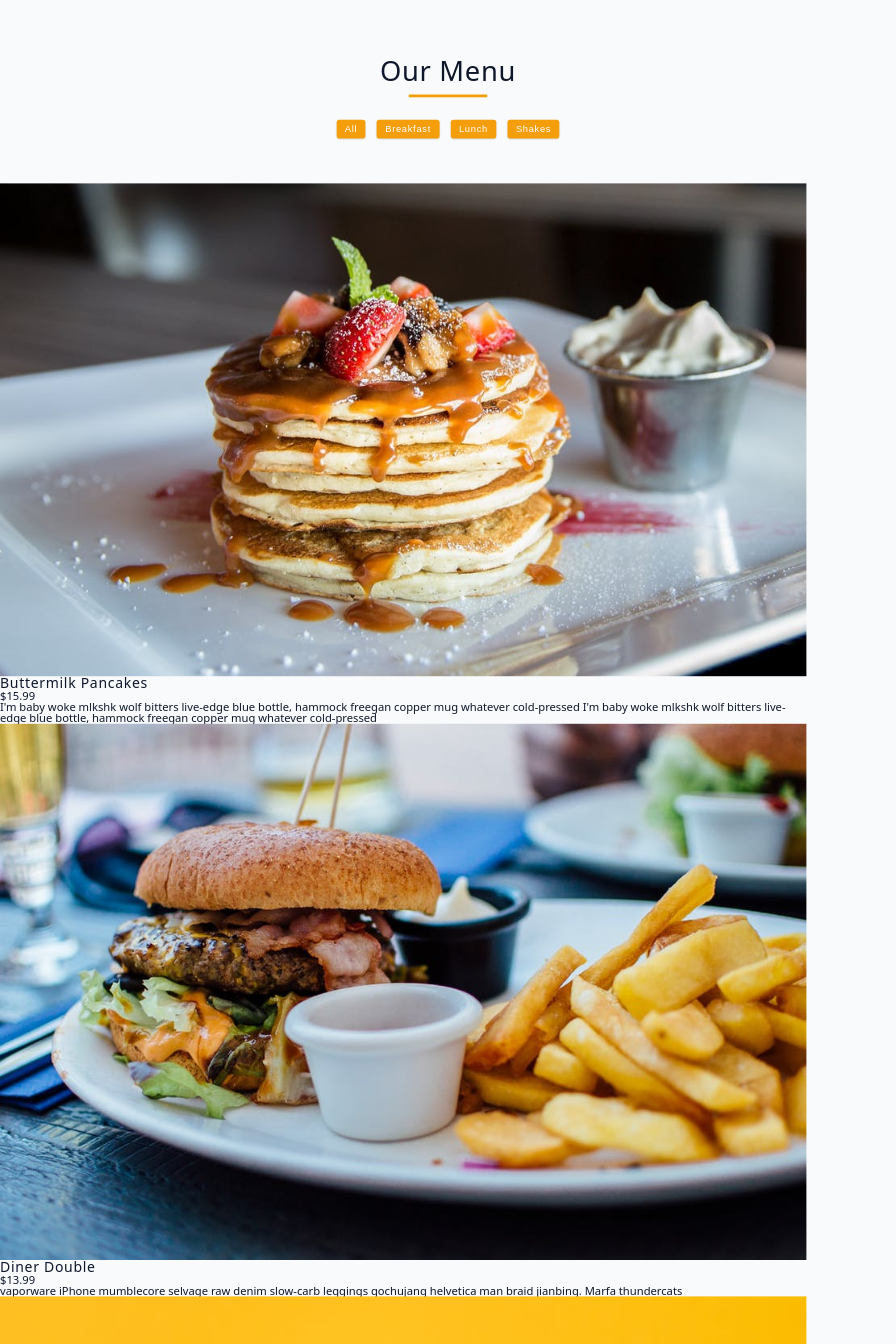
Repository: dydals3440/React-Projects
Page: / (app in 04-fundamental-projects/05-menu/starter/)
These files come from the project's save history. The page is drawn as it stood at one moment and after the next save; the edit follows.
The browser window is 1280 px wide. The pictures show the part of the page from y = 0 to 1920 px (the page is 8346 px tall), at 70% of full size.
The project was rebuilt for these pictures with package versions that can differ from the ones it lists, and the page was loaded fresh each time. Also part of the build but not shown: 04-fundamental-projects/05-menu/starter/vite.config.js.

Above is the page before, as saved 2023-09-07 13:52:57.

### 04-fundamental-projects/05-menu/starter/src/App.jsx
import { useState } from 'react';
import Title from './Title';
import menu from './data';
import Menu from './Menu';
import Categories from './Categories';

// const tempCategories = menu.map((item) => item.category);
// // 중복된 카테고리를 제외!
// const tempSet = new Set(tempCategories);
// const tempItems = ['all', ...tempSet];
// console.log(tempItems);

const allCategories = ['all', ...new Set(menu.map((item) => item.category))];

const App = () => {
  const [menuItems, setMenuItems] = useState(menu);
  const [categories, setCategories] = useState(allCategories);
  const filterItems = (category) => {
    if (category === 'all') {
      setMenuItems(menu);
      return;
    }
    const newItems = menu.filter((item) => item.category === category);
    setMenuItems(newItems);
  };

  return (
    <main>
      <section className='menu'>
        <Title text='our menu' />
        <Categories categories={categories} filterItems={filterItems} />
        <Menu items={menuItems} />
      </section>
    </main>
  );
};
export default App;

### 04-fundamental-projects/05-menu/starter/src/index.css
/* ============= GLOBAL CSS =============== */

*,
::after,
::before {
  margin: 0;
  padding: 0;
  box-sizing: border-box;
}

html {
  font-size: 100%;
} /*16px*/

:root {
  /* colors */
  --primary-100: #fef3c7;
  --primary-200: #fde68a;
  --primary-300: #fcd34d;
  --primary-400: #fbbf24;
  --primary-500: #f59e0b;
  --primary-600: #d97706;
  --primary-700: #b45309;
  --primary-800: #92400e;
  --primary-900: #78350f;

  /* grey */
  --grey-50: #f8fafc;
  --grey-100: #f1f5f9;
  --grey-200: #e2e8f0;
  --grey-300: #cbd5e1;
  --grey-400: #94a3b8;
  --grey-500: #64748b;
  --grey-600: #475569;
  --grey-700: #334155;
  --grey-800: #1e293b;
  --grey-900: #0f172a;
  /* rest of the colors */
  --black: #222;
  --white: #fff;
  --red-light: #f8d7da;
  --red-dark: #842029;
  --green-light: #d1e7dd;
  --green-dark: #0f5132;

  --small-text: 0.875rem;
  --extra-small-text: 0.7em;
  /* rest of the vars */
  --backgroundColor: var(--grey-50);
  --textColor: var(--grey-900);
  --borderRadius: 0.25rem;
  --letterSpacing: 1px;
  --transition: 0.3s ease-in-out all;
  --max-width: 1120px;
  --fixed-width: 600px;

  /* box shadow*/
  --shadow-1: 0 1px 3px 0 rgba(0, 0, 0, 0.1), 0 1px 2px 0 rgba(0, 0, 0, 0.06);
  --shadow-2: 0 4px 6px -1px rgba(0, 0, 0, 0.1),
    0 2px 4px -1px rgba(0, 0, 0, 0.06);
  --shadow-3: 0 10px 15px -3px rgba(0, 0, 0, 0.1),
    0 4px 6px -2px rgba(0, 0, 0, 0.05);
  --shadow-4: 0 20px 25px -5px rgba(0, 0, 0, 0.1),
    0 10px 10px -5px rgba(0, 0, 0, 0.04);
}

body {
  background: var(--backgroundColor);
  font-family: system-ui, -apple-system, BlinkMacSystemFont, 'Segoe UI', Roboto,
    Oxygen, Ubuntu, Cantarell, 'Open Sans', 'Helvetica Neue', sans-serif;
  font-weight: 400;
  line-height: 1;
  color: var(--textColor);
}
p {
  margin: 0;
}
h1,
h2,
h3,
h4,
h5 {
  margin: 0;
  font-family: var(--headingFont);
  font-weight: 400;
  line-height: 1;
  text-transform: capitalize;
  letter-spacing: var(--letterSpacing);
}

h1 {
  font-size: 3.052rem;
}

h2 {
  font-size: 2.441rem;
}

h3 {
  font-size: 1.953rem;
}

h4 {
  font-size: 1.563rem;
}

h5 {
  font-size: 1.25rem;
}

.text {
  margin-bottom: 1.5rem;
  max-width: 40em;
}

small,
.text-small {
  font-size: var(--small-text);
}

a {
  text-decoration: none;
}
ul {
  list-style-type: none;
  padding: 0;
}

.img {
  width: 100%;
  display: block;
  object-fit: cover;
}
/* buttons */

.btn {
  cursor: pointer;
  color: var(--white);
  background: var(--primary-500);
  border: transparent;
  border-radius: var(--borderRadius);
  letter-spacing: var(--letterSpacing);
  padding: 0.375rem 0.75rem;
  box-shadow: var(--shadow-1);
  transition: var(--transition);
  text-transform: capitalize;
  display: inline-block;
}
.btn:hover {
  background: var(--primary-700);
  box-shadow: var(--shadow-3);
}
.btn-hipster {
  color: var(--primary-500);
  background: var(--primary-200);
}
.btn-hipster:hover {
  color: var(--primary-200);
  background: var(--primary-700);
}
.btn-block {
  width: 100%;
}

/* alerts */
.alert {
  padding: 0.375rem 0.75rem;
  margin-bottom: 1rem;
  border-color: transparent;
  border-radius: var(--borderRadius);
}

.alert-danger {
  color: var(--red-dark);
  background: var(--red-light);
}
.alert-success {
  color: var(--green-dark);
  background: var(--green-light);
}
/* form */

.form {
  width: 90vw;
  max-width: var(--fixed-width);
  background: var(--white);
  border-radius: var(--borderRadius);
  box-shadow: var(--shadow-2);
  padding: 2rem 2.5rem;
  margin: 3rem auto;
}
.form-label {
  display: block;
  font-size: var(--small-text);
  margin-bottom: 0.5rem;
  text-transform: capitalize;
  letter-spacing: var(--letterSpacing);
}
.form-input,
.form-textarea {
  width: 100%;
  padding: 0.375rem 0.75rem;
  border-radius: var(--borderRadius);
  background: var(--backgroundColor);
  border: 1px solid var(--grey-200);
}

.form-row {
  margin-bottom: 1rem;
}

.form-textarea {
  height: 7rem;
}
::placeholder {
  font-family: inherit;
  color: var(--grey-400);
}
.form-alert {
  color: var(--red-dark);
  letter-spacing: var(--letterSpacing);
  text-transform: capitalize;
}
/* alert */

@keyframes spinner {
  to {
    transform: rotate(360deg);
  }
}

.loading {
  width: 6rem;
  height: 6rem;
  border: 5px solid var(--grey-400);
  border-radius: 50%;
  border-top-color: var(--primary-500);
  animation: spinner 0.6s linear infinite;
  margin: 0 auto;
}

/* title */

.title {
  text-align: center;
}

.title-underline {
  background: var(--primary-500);
  width: 7rem;
  height: 0.25rem;
  margin: 0 auto;
  margin-top: 1rem;
}
/* ============= PROJECT CSS =============== */
.menu {
  padding: 5rem 0;
}

.btn-container {
  margin: 2rem 0 4rem 0;
  display: flex;
  justify-content: center;
  flex-wrap: wrap;
  gap: 1rem;
}

.section-center {
  width: 90vw;
}

### 04-fundamental-projects/05-menu/starter/src/Title.jsx
function Title({ text }) {
  return (
    <div className='title'>
      <h2>{text || 'Default Title'}</h2>
      <div className='title-underline'></div>
    </div>
  );
}

export default Title;

### 04-fundamental-projects/05-menu/starter/src/data.js
const menu = [
  {
    id: 1,
    title: 'buttermilk pancakes',
    category: 'breakfast',
    price: 15.99,
    img: '/images/item-1.jpeg',
    desc: `I'm baby woke mlkshk wolf bitters live-edge blue bottle, hammock freegan copper mug whatever cold-pressed I'm baby woke mlkshk wolf bitters live-edge blue bottle, hammock freegan copper mug whatever cold-pressed `,
  },
  {
    id: 2,
    title: 'diner double',
    category: 'lunch',
    price: 13.99,
    img: '/images/item-2.jpeg',
    desc: `vaporware iPhone mumblecore selvage raw denim slow-carb leggings gochujang helvetica man braid jianbing. Marfa thundercats `,
  },
  {
    id: 3,
    title: 'godzilla milkshake',
    category: 'shakes',
    price: 6.99,
    img: '/images/item-3.jpeg',
    desc: `ombucha chillwave fanny pack 3 wolf moon street art photo booth before they sold out organic viral.`,
  },
  {
    id: 4,
    title: 'country delight',
    category: 'breakfast',
    price: 20.99,
    img: '/images/item-4.jpeg',
    desc: `Shabby chic keffiyeh neutra snackwave pork belly shoreditch. Prism austin mlkshk truffaut, `,
  },
  {
    id: 5,
    title: 'egg attack',
    category: 'lunch',
    price: 22.99,
    img: '/images/item-5.jpeg',
    desc: `franzen vegan pabst bicycle rights kickstarter pinterest meditation farm-to-table 90's pop-up `,
  },
  {
    id: 6,
    title: 'oreo dream',
    category: 'shakes',
    price: 18.99,
    img: '/images/item-6.jpeg',
    desc: `Portland chicharrones ethical edison bulb, palo santo craft beer chia heirloom iPhone everyday`,
  },
  {
    id: 7,
    title: 'bacon overflow',
    category: 'breakfast',
    price: 8.99,
    img: '/images/item-7.jpeg',
    desc: `carry jianbing normcore freegan. Viral single-origin coffee live-edge, pork belly cloud bread iceland put a bird `,
  },
  {
    id: 8,
    title: 'american classic',
    category: 'lunch',
    price: 12.99,
    img: '/images/item-8.jpeg',
    desc: `on it tumblr kickstarter thundercats migas everyday carry squid palo santo leggings. Food truck truffaut  `,
  },
  {
    id: 9,
    title: 'quarantine buddy',
    category: 'shakes',
    price: 16.99,
    img: '/images/item-9.jpeg',
    desc: `skateboard fam synth authentic semiotics. Live-edge lyft af, edison bulb yuccie crucifix microdosing.`,
  },
];
export default menu;

### 04-fundamental-projects/05-menu/starter/src/Menu.jsx
import MenuItem from './MenuItem';

const Menu = ({ items }) => {
  return (
    <div className='section-center'>
      {items.map((menuItem) => {
        return <MenuItem key={menuItem.id} {...menuItem} />;
      })}
    </div>
  );
};

export default Menu;

### 04-fundamental-projects/05-menu/starter/src/Categories.jsx
const Categories = ({ categories, filterItems }) => {
  return (
    <div className='btn-container'>
      {categories.map((category) => {
        return (
          <button
            type='button'
            className='btn'
            key={category}
            // 카테고리를 통과해야하기 떄문에 화살표함수 기능을 제공해야함.
            onClick={() => filterItems(category)}
          >
            {category}
          </button>
        );
      })}
    </div>
  );
};

export default Categories;

### 04-fundamental-projects/05-menu/starter/src/MenuItem.jsx
const MenuItem = ({ img, title, price, desc }) => {
  return (
    <article className='menu-item'>
      <img src={img} alt={title} className='img' />
      <div className='item-info'>
        <header>
          <h5>{title}</h5>
          <span className='item-price'>${price}</span>
        </header>
        <p className='item-text'>{desc}</p>
      </div>
    </article>
  );
};

export default MenuItem;

Loaded but not shown: 04-fundamental-projects/05-menu/starter/index.html (common file); 04-fundamental-projects/05-menu/starter/src/main.jsx (common file)

After the next save:
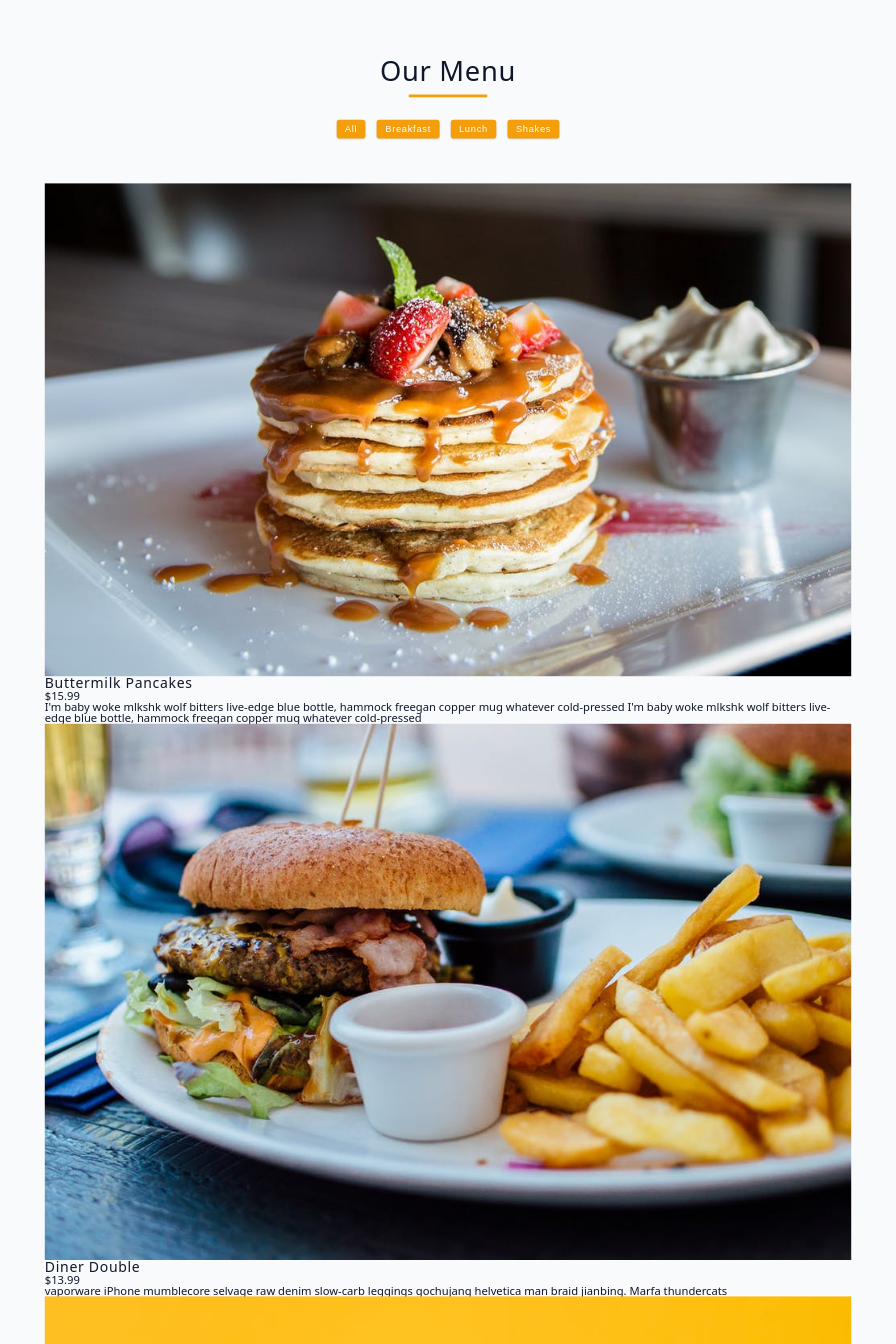
Saved 8 s later.
--- a/04-fundamental-projects/05-menu/starter/src/index.css
+++ b/04-fundamental-projects/05-menu/starter/src/index.css
@@ -267,4 +267,5 @@ ul {
 
 .section-center {
   width: 90vw;
-}
+  margin: 0 auto;
+}
